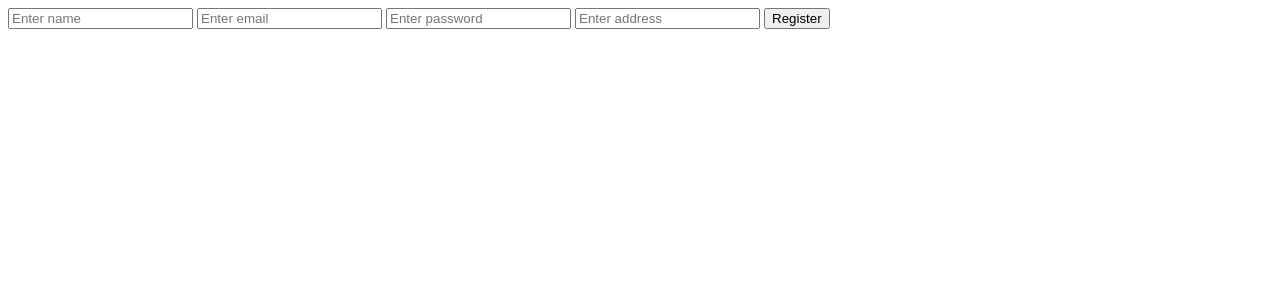
Repository: shubham71099/jdbc_mvc
Page: mvcjdbcexam/src/main/webapp/register.html
These files come from the project's save history. The page is drawn as it stood at one moment and after a run of saves; the edit follows.
The browser window is 1280 px wide. The pictures show the whole page.

Above is the page before, as saved 2024-06-02 08:01:54.

After the next 2 saves:
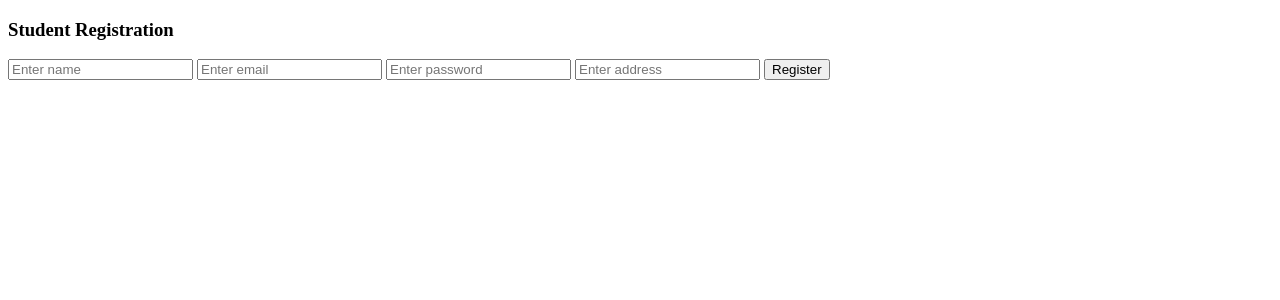
The 2 saves are shown as one change because they came seconds apart.
The last was saved 100 s later.
--- a/mvcjdbcexam/src/main/webapp/register.html
+++ b/mvcjdbcexam/src/main/webapp/register.html
@@ -5,6 +5,7 @@
 <title>Register</title>
 </head>
 <body>
+	<h3>Student Registration </h3>
 	<form action="" method="post">
 		<input type="text" name="name" placeholder="Enter name">
 		<input type="text" name="email" placeholder="Enter email">
